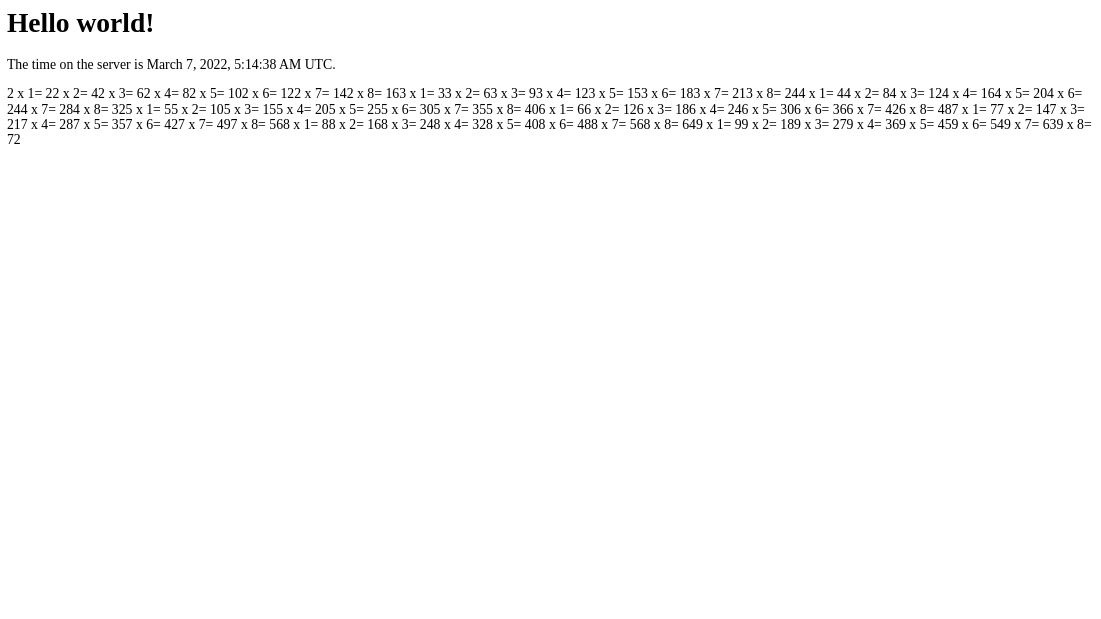
Repository: qkrgnsgml/springAtCollege
Page: http://localhost/Hello/
The author's editor kept a copy of each file at every save. The page is drawn from the files as they stood at one save, then again after the next save.
The browser window is 1280 px wide. The pictures show the whole page, at 86% of full size.
The page is served by Tomcat 9. The template is opened directly, without the code that normally fills it, so the values that code supplies are empty.

Above is the page before, as saved 2022-03-07 05:16:45.

After the next save:
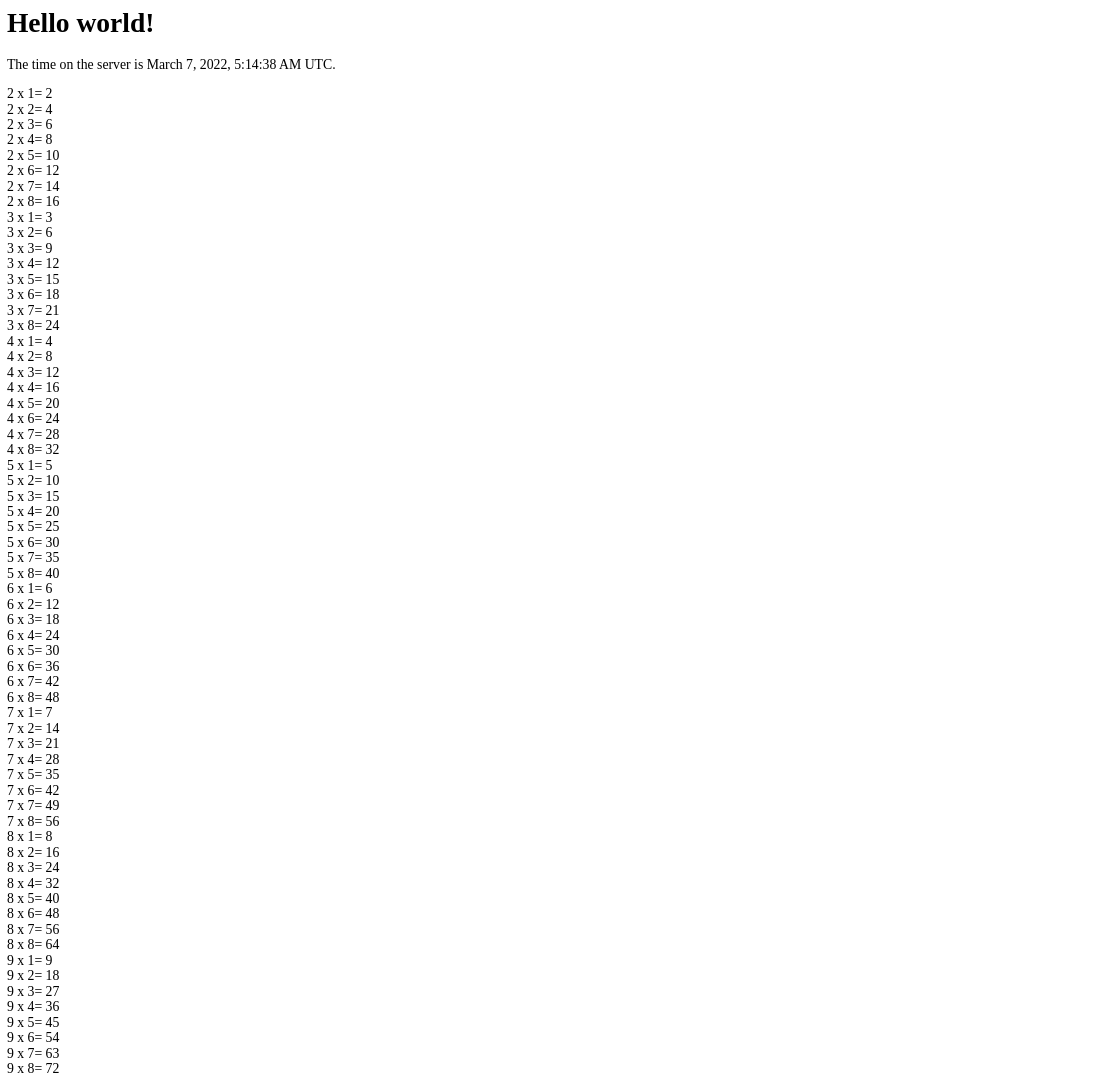
Saved 15 s later.
--- a/Hello/src/main/webapp/WEB-INF/views/home.jsp
+++ b/Hello/src/main/webapp/WEB-INF/views/home.jsp
@@ -15,7 +15,7 @@
 
 	for(int i =2; i<10;i++){
 		for(int j=1;j<9;j++){
-			out.print(i+" x "+j+"= "+i*j);
+			out.print(i+" x "+j+"= "+i*j +"<br>");
 		}
 	}
 
